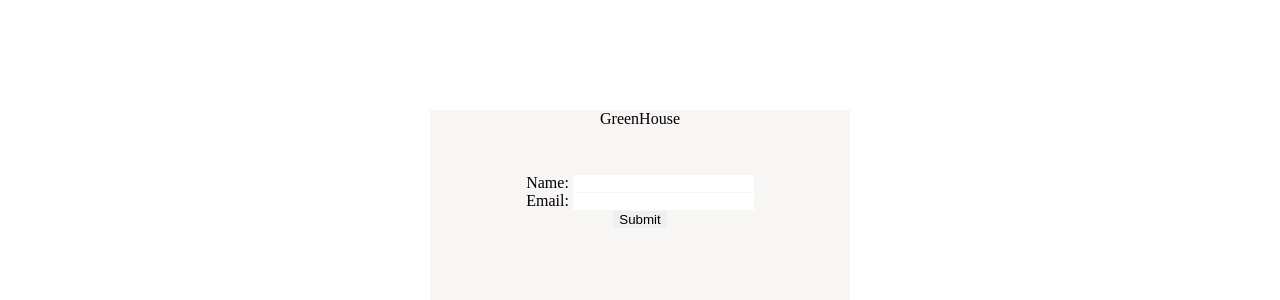
Repository: idan226688/WorkTrack
Page: index.html
These files come from the project's save history. The page is drawn as it stood at one moment and after the next save; the edit follows.
The browser window is 1280 px wide. The pictures show the whole page.

Above is the page before, as saved 2023-08-31 11:30:18.

### index.html
<!DOCTYPE html>
<html>
<head>
  <link rel="stylesheet" href="GreenHouse.css">
  <title>Login</title>
</head>
<body>
  <div id="container">
    <div id="login-container">
      <h1">GreenHouse</h1>
      <form action="/submit" method="post" id="form">
        <label for="name">Name:</label>
        <input type="text" id="name" name="name" required><br>
        <label for="email">Email:</label>
        <input type="email" id="email" name="email" required><br>
        <button type="submit">Submit</button>
      </form>
    </div>
  </div>
</body>
</html>

### GreenHouse.css
*{
    text-align: center;
    margin:0;
    border: none;
}
#container{
    display: flex;
    justify-content: center;
    align-items: center;
    height: 100vh;
}
#login-container{
    display: flex;
    background-color: rgb(248, 245, 245);
    flex-direction: column;
    align-items: center;
    height: 500px;
    width: 420px;
}
#form{
    margin-top: 20%;
}
h1{
    color:white;
    background-color: green;
    height:100px;
    width:300px;
}

After the next save:
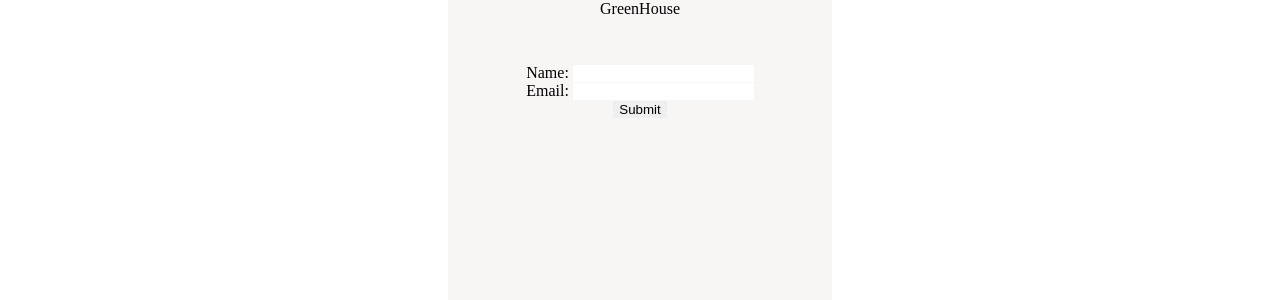
Saved 67 s later.
--- a/GreenHouse.css
+++ b/GreenHouse.css
@@ -14,8 +14,8 @@
     background-color: rgb(248, 245, 245);
     flex-direction: column;
     align-items: center;
-    height: 500px;
-    width: 420px;
+    height: 100%;
+    width: 30%;
 }
 #form{
     margin-top: 20%;

After the save that followed:
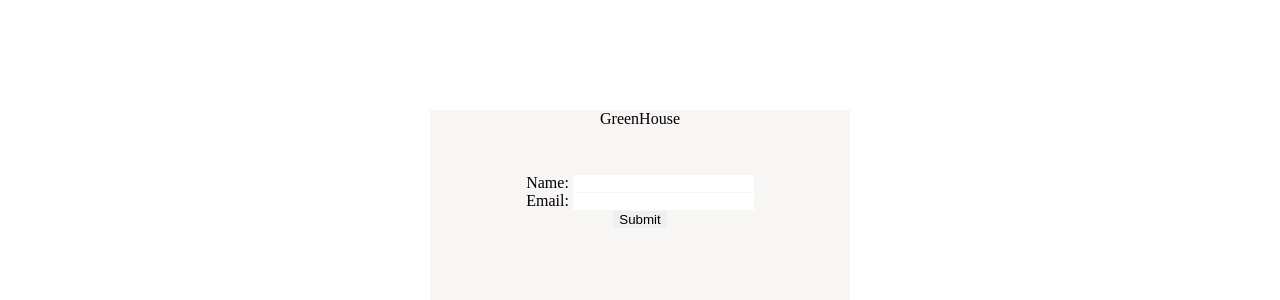
Saved 10 s later.
--- a/GreenHouse.css
+++ b/GreenHouse.css
@@ -14,8 +14,8 @@
     background-color: rgb(248, 245, 245);
     flex-direction: column;
     align-items: center;
-    height: 100%;
-    width: 30%;
+    height: 500px;
+    width: 420px;
 }
 #form{
     margin-top: 20%;
